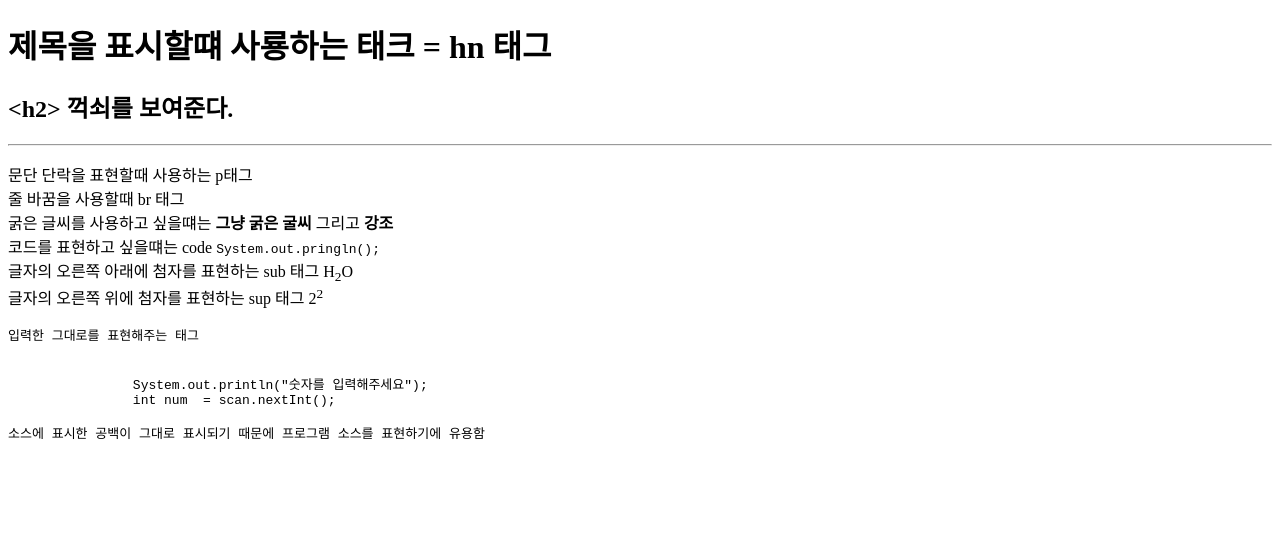
Repository: jaehyeon0418/workspace123
Page: w1024/src/main/webapp/w1024_01.html
An editor plug-in stored every save of this project. The page is shown before and after the next save, followed by the edit.
The browser window is 1280 px wide. The pictures show the whole page.

Above is the page before, as saved 2022-10-24 01:38:58.

After the next save:
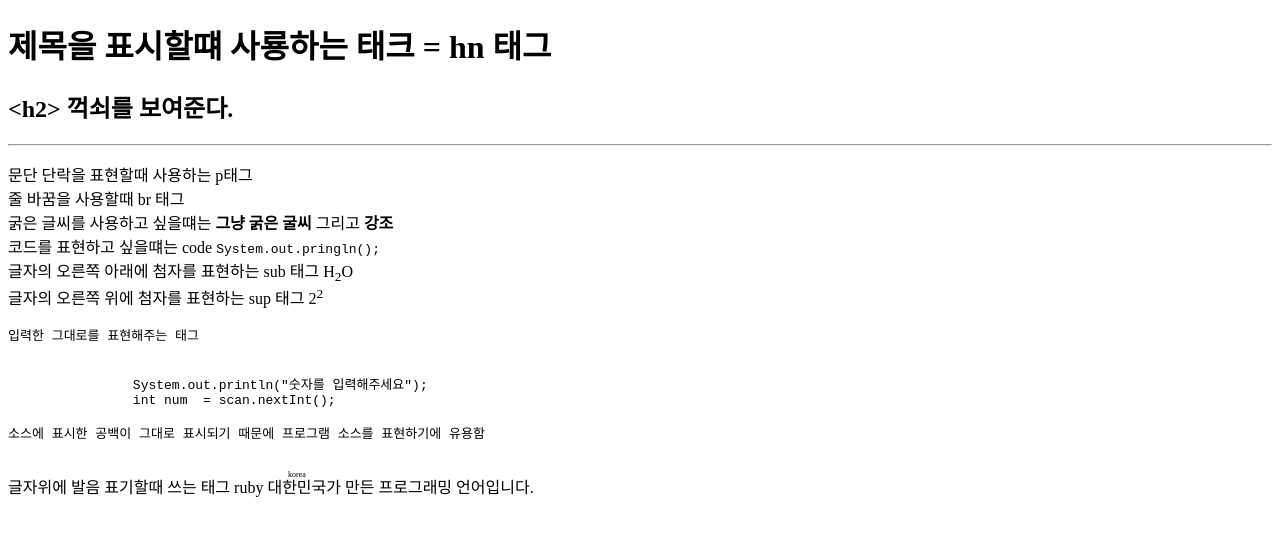
Saved 107 s later.
--- a/w1024/src/main/webapp/w1024_01.html
+++ b/w1024/src/main/webapp/w1024_01.html
@@ -35,5 +35,9 @@
 
 </pre>
 
+
+글자위에 발음 표기할때 쓰는 태그 ruby <ruby>대한민국<rt>korea</rt></ruby>가 만든 프로그래밍 언어입니다.</p>
+
+
 </body>
 </html>
